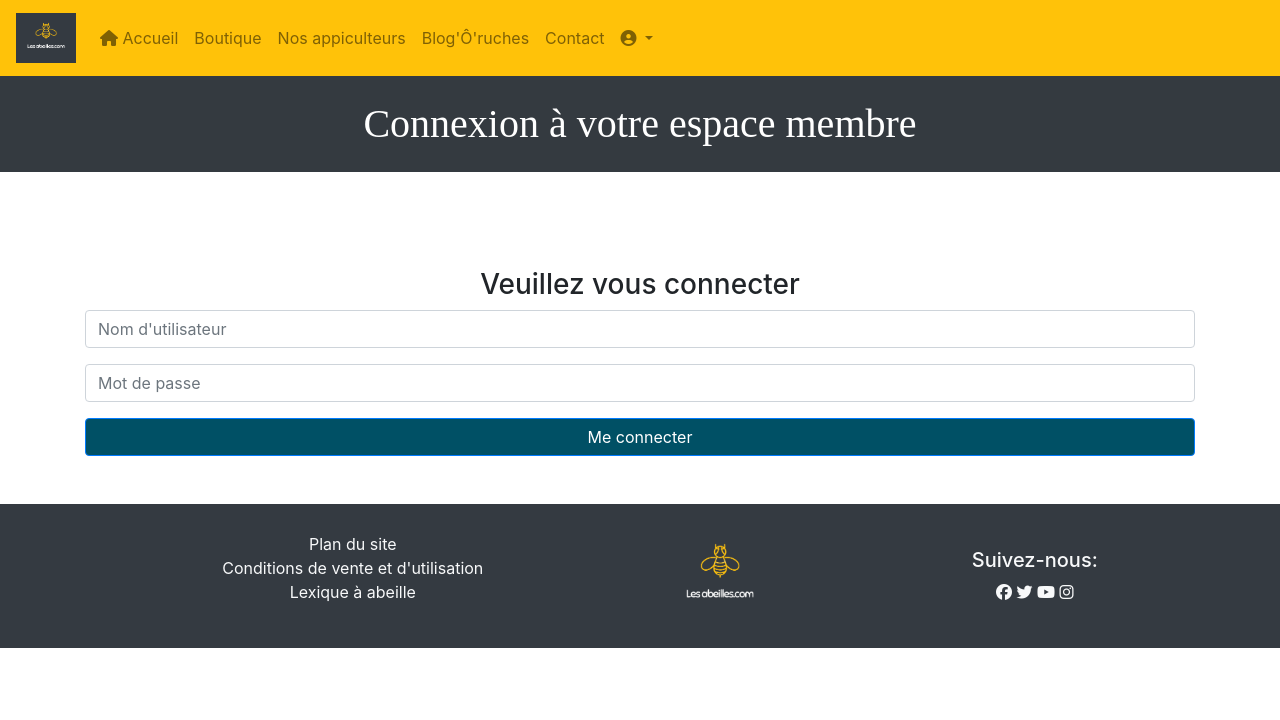
Repository: davidlecras/lesAbeilles
Page: templates/user/login.html.twig
These files come from the project's save history. The page is drawn as it stood at one moment and after the next save; the edit follows.
The browser window is 1280 px wide. The pictures show the whole page.
Some web fonts or font styles are not loaded; a fallback is used. Some web libraries are served in a nearby version. The page is a Twig template of a Symfony application; nobody is signed in and links lead nowhere. The template is opened directly, without the code that normally fills it, so the values that code supplies are empty.

Above is the page before, as saved 2020-04-26 17:57:36.

### templates/user/login.html.twig
{% extends 'base.html.twig' %}

{% block title %}Connexion!
{% endblock %}

{% block monTitre %}Connexion à votre espace membre
{% endblock %}
{% block body %}
	<div class="container">
		<div class="row">
			<div class="col-12">
				<div class="panel panel-default my-5 d-flex justify-content-center flex-column">
					<div class="panel-heading">
						<h3 class="panel title text-center">Veuillez vous connecter</h3>
					</div>
					<div class="panel-body">
						<form action="{{path('login')}}" method="POST">
							<fieldset>
								<div class="form-group">
									<input type="text" class="form-control" placeholder="Nom d'utilisateur" required name="_username" value="{{lastUserName}}">
								</div>
								<div class="form-group">
									<input type="password" class="form-control" placeholder="Mot de passe" required name="_password">
								</div>
								<button class="col-12 btn btn-primary btn-lock text-center">
									Me connecter
								</button>
								{% if error %}
									<div class="alert alert-warning mt-5 text-center">
										<p>Authentification echouée</p>
									</div>
								{% endif %}
							</fieldset>
						</form>
					</div>
				</div>
			</div>
		</div>
	</div>
{% endblock %}

### templates/base.html.twig
<!DOCTYPE html>
<html lang="fr">
	<head>
		<meta charset="UTF-8"/>
		<meta name="viewport" content="width=device-width, initial-scale=1.0"/>
		<meta name="viewport" content="width=device-width, initial-scale=1, shrink-to-fit=no"/>
		<title>
			{% block title %}Les abeille: miel de France
			{% endblock %}
		</title>
		<link rel="apple-touch-icon" sizes="180x180" href="./Logos/favicon_io/apple-touch-icon.png">
		<link rel="icon" type="image/png" sizes="32x32" href="./Logos/favicon_iofavicon-32x32.png">
		<link rel="icon" type="image/png" sizes="16x16" href="./Logos/favicon_io/favicon-16x16.png">
		<link rel="manifest" href="./Logos/favicon_iosite.webmanifest">
		<link rel="stylesheet" href="https://stackpath.bootstrapcdn.com/bootstrap/4.4.1/css/bootstrap.min.css" integrity="sha384-Vkoo8x4CGsO3+Hhxv8T/Q5PaXtkKtu6ug5TOeNV6gBiFeWPGFN9MuhOf23Q9Ifjh" crossorigin="anonymous"/>
		<link rel="stylesheet" href="{{asset("css/style.css")}}"/>
		<link href="https://fonts.googleapis.com/css?family=Sniglet&display=swap" rel="stylesheet">
		<link href="https://fonts.googleapis.com/css?family=Poiret+One&display=swap" rel="stylesheet">
		<script src="https://kit.fontawesome.com/aa5cf69e35.js" crossorigin="anonymous"></script>

	</head>
	<body>
		{# header begin #}
		{% block menu %}
			<header>
				<nav class="navbar navbar-expand-lg navbar-light">
					<a class="navbar-brand" href="{{path("home")}}"><img class="logoDark" src="{{asset("Logos/LogoDark.png")}}" alt="logo les Abeilles.com"/></a>
					<button class="navbar-toggler" type="button" data-toggle="collapse" data-target="#navbarSupportedContent" aria-controls="navbarSupportedContent" aria-expanded="false" aria-label="Toggle navigation">
						<span class="navbar-toggler-icon"></span>
					</button>
					<div class="collapse navbar-collapse" id="navbarSupportedContent">
						<ul class="navbar-nav mr-auto">
							<li class="nav-item">
								<a class="nav-link" href="{{path("home")}}">
									<i class="fas fa-home"></i>
									Accueil</a>
							</li>
							<li class="nav-item">
								<a class="nav-link" href="{{path("showAllProducts")}}">Boutique</a>
							</li>
							<li class="nav-item">
								<a class="nav-link" href="{{path('beekepers')}}">Nos appiculteurs</a>
							</li>
							<li class="nav-item">
								<a class="nav-link" href="#">Blog'Ô'ruches</a>
							</li>
							<li class="nav-item">
								<a class="nav-link" href="#">Contact</a>
							</li>
							<li class="nav-item dropdown">
								<a class="nav-link dropdown-toggle" href="#" id="navbarDropdown" role="button" data-toggle="dropdown" aria-haspopup="true" aria-expanded="false">
									<i class="fas fa-user-circle"></i>
								</a>
								<div class="dropdown-menu" aria-labelledby="navbarDropdown">
									{% if not app.user %}
										<a class="dropdown-item" href="{{path('user_creation')}}">Inscription</a>
										<div class="dropdown-divider"></div>
										<a class="dropdown-item" href="{{path('login')}}">Connexion</a>
									{% else %}
										<a class="dropdown-item" href="{{path('logout')}}">Déconnexion</a>
									{% endif %}
								</div>
							</li>
						</ul>
					</div>
					<div class="collapse navbar-collapse" id="navbarSupportedContent">
						<ul class="navbar-nav mr-auto">
							{% if is_granted('ROLE_ADMIN') %}
								<li class="nav-item">
									<a class="nav-link" href="{{path("main_page_admin")}}">
										<i class="fas fa-users-cog"></i>
										Administration</a>
								</li>
							{% endif %}
						</ul>
					</div>
				</nav>
			</header>
		{% endblock %}
		{# header finish #}

		<h1 class="text-center text-white py-4 bg-dark borer-rounded">
			{% block monTitre %}Les abeilles vous souhaitent la bienvenue
			{% endblock %}
		</h1>

		{# MESSAGES FLASH begin #}
		{% block msg %}
			<div class="mt-5 container alerts">
				{% for label, messages in app.flashes %}
					<div class="alert alert-{{label}} alert.dissmissible show">
						{% for message in messages %}
							{{message}}
							<button type="button" class="close" data-dismiss="alert" aria-label="Close">
								<span aria-hidden="true">&times;</span>
							</button>
						{% endfor %}
					</div>
				{% endfor %}
			</div>
		{% endblock %}
		{# MESSAGES FLASH finish #}

		{% block body %}{% endblock %}

		{# Footer begin #}
		<footer class="text-light">
			<ul class="text-center">
				<li>Plan du site</li>
				<li>Conditions de vente et d'utilisation</li>
				<li>Lexique à abeille</li>
			</ul>
			<a class="navbar-brand" href="{{path("home")}}"><img class="logoDarkFooter" src="{{asset("Logos/LogoDark.png")}}" alt="logo les Abeilles.com"/></a>
			<div class="social-media text-center">
				<h5>Suivez-nous:</h5>
				<i class="fab fa-facebook"></i>
				<i class="fab fa-twitter"></i>
				<i class="fab fa-youtube"></i>
				<i class="fab fa-instagram"></i>
			</div>
		</footer>
		{# Footer finish #}
		<script src="https://code.jquery.com/jquery-3.4.1.slim.min.js" integrity="sha384-J6qa4849blE2+poT4WnyKhv5vZF5SrPo0iEjwBvKU7imGFAV0wwj1yYfoRSJoZ+n" crossorigin="anonymous"></script>
		<script src="https://cdn.jsdelivr.net/npm/popper.js@1.16.0/dist/umd/popper.min.js" integrity="sha384-Q6E9RHvbIyZFJoft+2mJbHaEWldlvI9IOYy5n3zV9zzTtmI3UksdQRVvoxMfooAo" crossorigin="anonymous"></script>
		<script src="https://stackpath.bootstrapcdn.com/bootstrap/4.4.1/js/bootstrap.min.js" integrity="sha384-wfSDF2E50Y2D1uUdj0O3uMBJnjuUD4Ih7YwaYd1iqfktj0Uod8GCExl3Og8ifwB6" crossorigin="anonymous"></script>
	</body>
</html>

### public/css/style.css
p {
  font-family: 'Poiret One', cursive;
}
h1 {
  font-family: 'Sniglet', cursive;
}
footer {
  min-height: 20vh;
  background-color: #343a41;
  display: flex;
  justify-content: space-evenly;
  align-items: center;
}
li {
  list-style-type: none;
}
.btn-primary {
  background-color: #005065;
}

.newProducts {
  min-height: 90vh;
  background-color: #005065;
}

.navbar {
  background-color: #ffc209;
}

.logoDark {
  height: 7vh;
  width: 3em;
}

.logoDarkFooter {
  height: 15vh;
  width: 15vh;
}
.NewProduct {
  min-height: 50vh;
}

.imgTab {
  height: 12%;
  width: 12%;
}

#cardNewProductsHigh {
  display: flex;
  justify-content: space-evenly;
}
@media only screen and (min-width: 813px) {
  /* tablettes paysages et ordinateurs */
  .imgCar {
    height: 90vh;
    width: 100%;
  }
  .productPortrait {
    display: none;
  }
}
@media only screen and (max-width: 812px) {
  /* smartphone mode paysage*/
  .newProducts {
    min-height: 130vh;
  }
  .imgCar {
    height: 90vh;
    width: 100%;
  }

  .logoDark {
    height: 9vh;
    width: 2em;
  }
}
@media only screen and (max-width: 1024px) and (orientation: portrait) {
  /* Tablette en mode portait */
  .imgCar {
    height: 30vh;
    width: 100%;
  }
  .logoDark {
    height: 4vh;
    width: 2em;
  }
  .newProducts {
    display: none;
  }
  .productPortrait {
    background-color: #005065;
    min-height: 70vh;
  }
}
@media only screen and (max-width: 767px) and (orientation: portrait) {
  /* smartphone en mode portait */
  footer {
    display: flex;
    flex-direction: column;
  }
  .imgCar {
    height: 30vh;
    width: 100%;
  }
  .logoDark {
    height: 4vh;
    width: 2em;
  }
  .logoDarkFooter {
    display: none;
  }
  .newProducts {
    display: none;
  }
  .productPortrait {
    background-color: #005065;
    min-height: 50vh;
    width: 100%;
  }
}

After the next save:
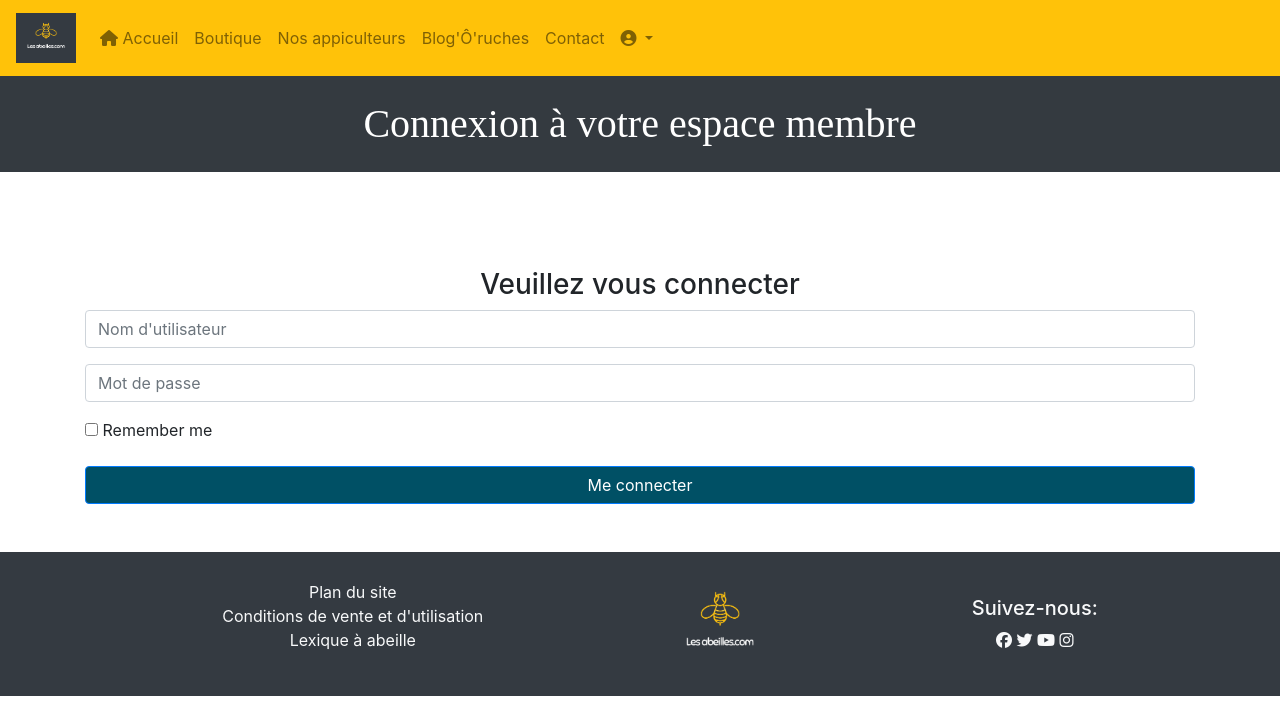
Saved 6 min 55 s later.
--- a/templates/user/login.html.twig
+++ b/templates/user/login.html.twig
@@ -22,6 +22,13 @@
 								<div class="form-group">
 									<input type="password" class="form-control" placeholder="Mot de passe" required name="_password">
 								</div>
+								<div class="checkbox mb-3">
+									<label>
+										<input type="checkbox" name="_remember_me">
+										Remember me
+									</label>
+								</div>
+
 								<button class="col-12 btn btn-primary btn-lock text-center">
 									Me connecter
 								</button>
